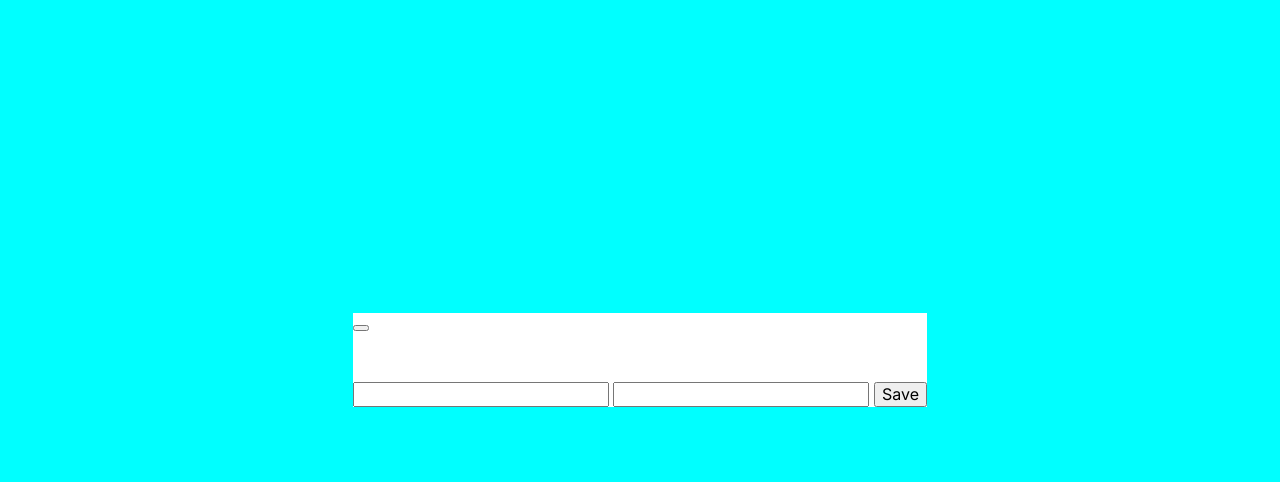
Repository: luisbaezx/se_project_aroundtheus
Page: index.html
These files come from the project's save history. The page is drawn as it stood at one moment and after the next save; the edit follows.
The browser window is 1280 px wide. The pictures show the window.
A layer covers the whole window, so only the first screen is drawn.

Above is the page before, as saved 2024-09-15 14:47:33.

After the next save:
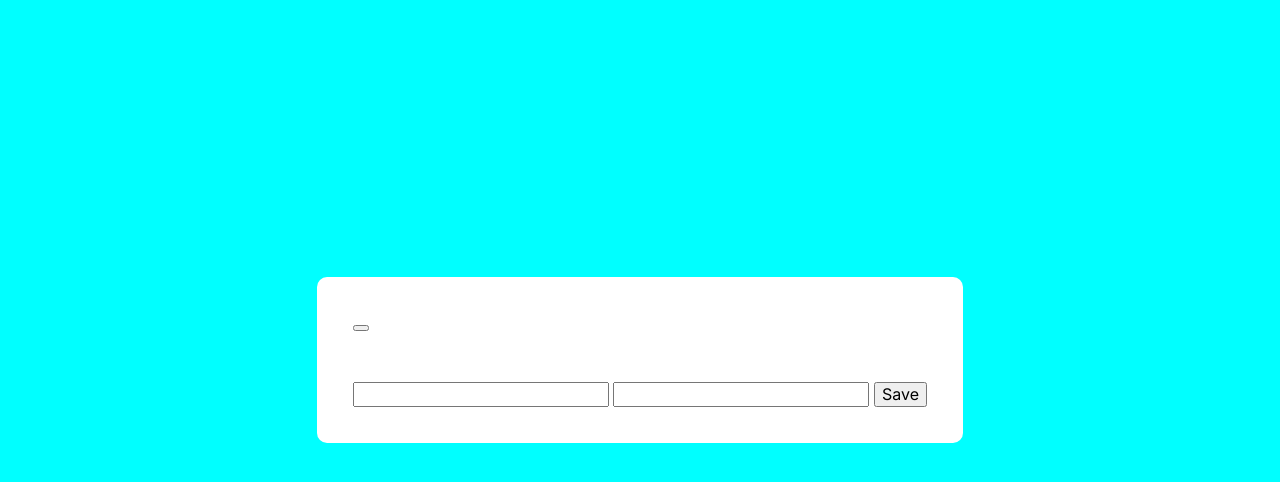
Saved 3 min 11 s later.
--- a/blocks/modal.css
+++ b/blocks/modal.css
@@ -12,4 +12,6 @@
 .modal__container {
   background-color: #fff;
   margin: auto;
+  padding: 36px;
+  border-radius: 10px;
 }
